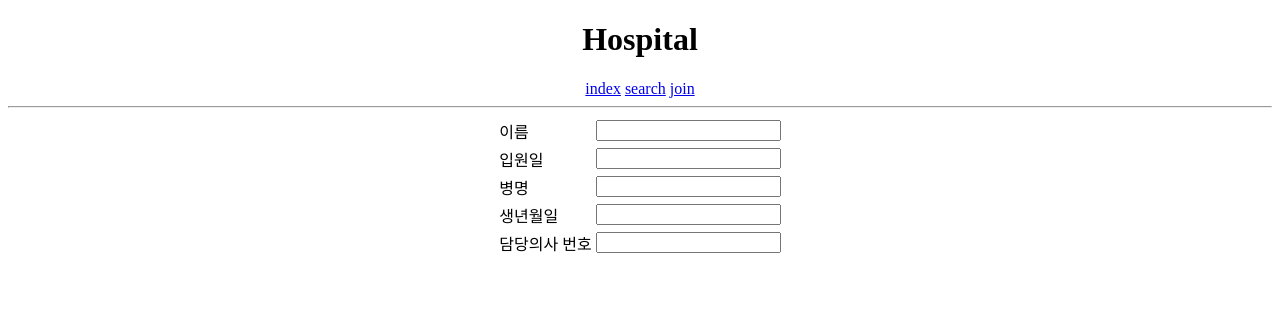
Repository: kimgh06/jsp_teamwork
Page: http://localhost/hospital/join.jsp
An editor plug-in stored every save of this project. The page is shown before and after the next save, followed by the edit.
The browser window is 1280 px wide. The pictures show the whole page.
The page is served by Tomcat 9.

Above is the page before, as saved 2023-06-14 01:54:47.

After the next save:
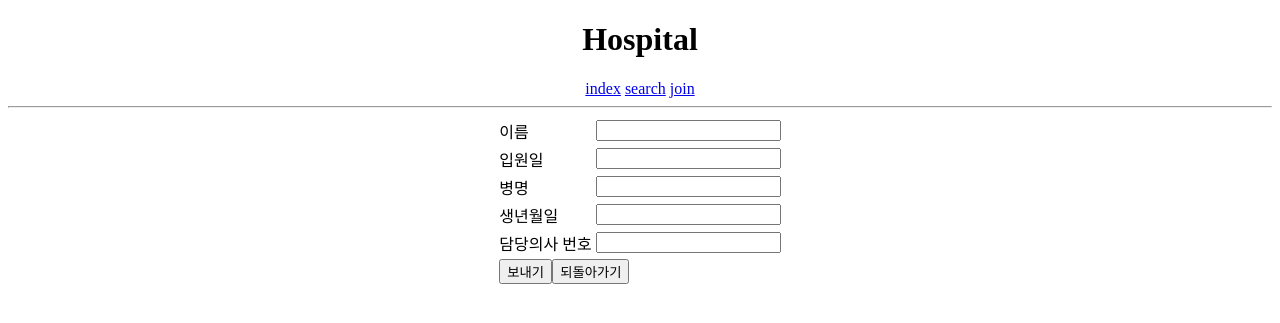
Saved 3 min 56 s later.
--- a/hospital/src/main/webapp/join.jsp
+++ b/hospital/src/main/webapp/join.jsp
@@ -13,8 +13,9 @@
 	<tr><td>이름</td><td><input name="name"/></td></tr>
 	<tr><td>입원일</td><td><input name="clinicdate"/></td></tr>
 	<tr><td>병명</td><td><input name="reason"/></td></tr>
-	<tr><td>생년월일</td><td><input name="birthday"/></td></tr>
+	<tr><td>생년월일</td><td><input placeholder name="birthday"/></td></tr>
 	<tr><td>담당의사 번호</td><td><input name="doctornum"/></td></tr>
+	<tr><td colspan="2"><input type="button" value="보내기"><input type="button" value="되돌아가기"></td></tr>
 </table>
 </form>
 </html>
